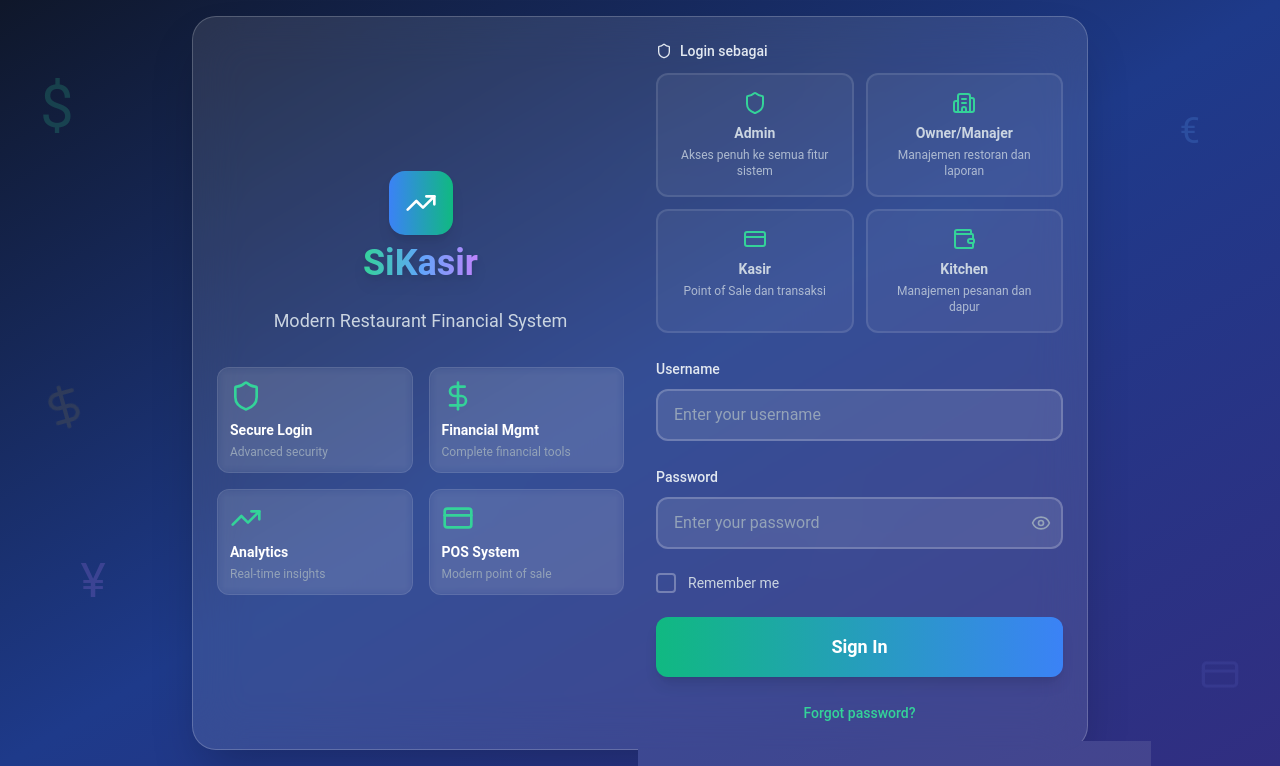
Repository: luthfirf17/SiKasir
Page: / (app in frontend/)
These files come from the project's save history. The page is drawn as it stood at one moment and after the next save; the edit follows.
The browser window is 1280 px wide. The pictures show the whole page.
The page's requests for data from a server got no answer. The project was rebuilt for these pictures with package versions that can differ from the ones it lists, and the page was loaded fresh each time. No one was signed in, and anything a server would have sent is missing. Also part of the build but not shown: frontend/src/modules/admin/config/navigationConfig.ts, frontend/src/modules/admin/components/ModernAdminNavigation.tsx, frontend/src/modules/admin/components/AdminNavbar.tsx, frontend/src/modules/admin/layouts/AdminLayout.tsx, frontend/src/modules/admin/pages/DashboardPage.tsx, frontend/src/services/MenuService.ts, frontend/src/utils/menuDataConverter.ts, frontend/src/hooks/useMenuData.ts and 19 more.

Above is the page before, as saved 2025-09-25 17:40:33.

After the next save:
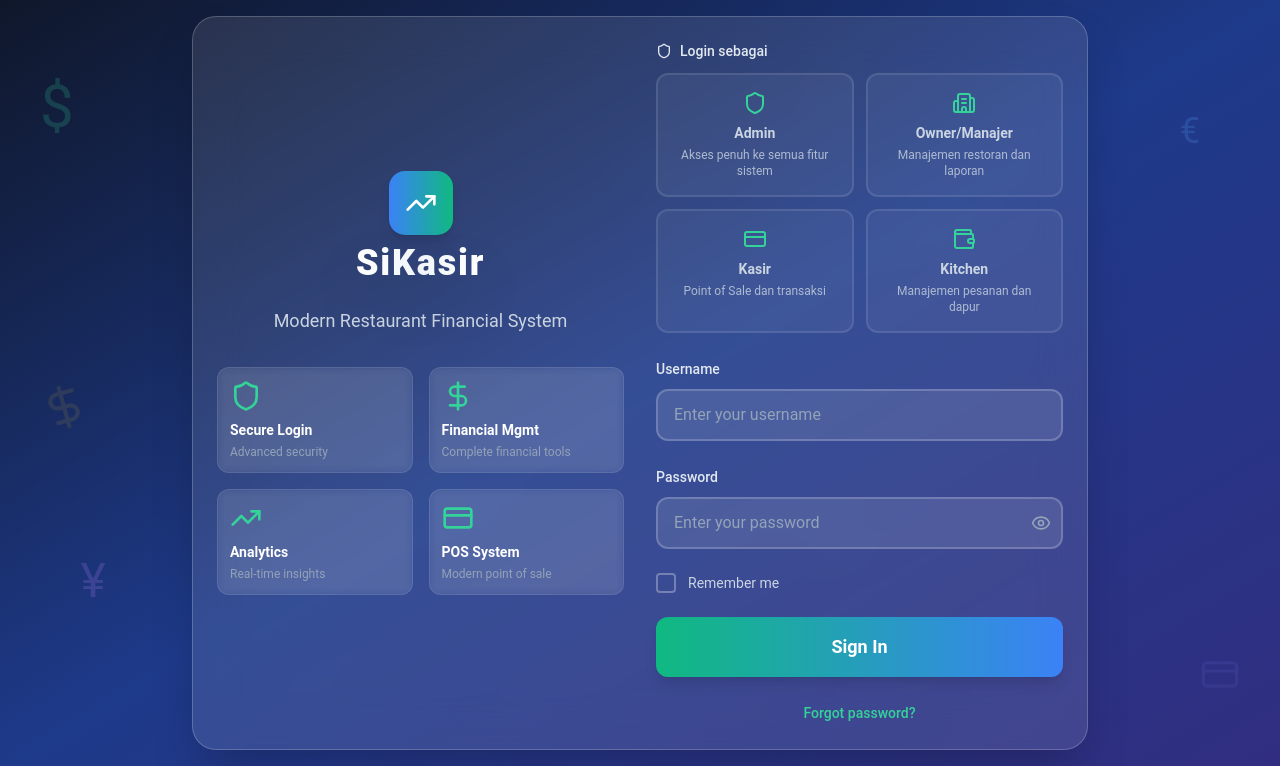
Saved 101 s later.
--- a/frontend/src/pages/LoginPage.tsx
+++ b/frontend/src/pages/LoginPage.tsx
@@ -203,8 +203,11 @@ const LoginPage = () => {
                   <div className="p-4 bg-gradient-to-r from-blue-500 to-emerald-500 rounded-2xl shadow-lg transform hover:scale-110 transition-transform duration-300">
                     <TrendingUp className="h-8 w-8 text-white" />
                   </div>
-                  <h1 className="text-3xl lg:text-4xl font-bold text-center bg-gradient-to-r from-emerald-400 via-blue-400 to-purple-400 bg-clip-text text-transparent drop-shadow-lg hover:from-emerald-300 hover:via-blue-300 hover:to-purple-300 transition-all duration-500">
-                    SiKasir
+                  <h1 className="text-3xl lg:text-4xl font-black text-center text-white drop-shadow-2xl tracking-wider hover:text-slate-50 transition-all duration-700 relative">
+                    <span className="bg-gradient-to-r from-white via-slate-100 to-white bg-clip-text text-transparent">
+                      SiKasir
+                    </span>
+                    <div className="absolute inset-0 bg-gradient-to-r from-amber-200/10 via-transparent to-amber-200/10 opacity-0 hover:opacity-100 transition-opacity duration-700 rounded-lg blur-sm"></div>
                   </h1>
                 </div>
                 <p className="text-slate-300 text-lg mb-8 text-center">
